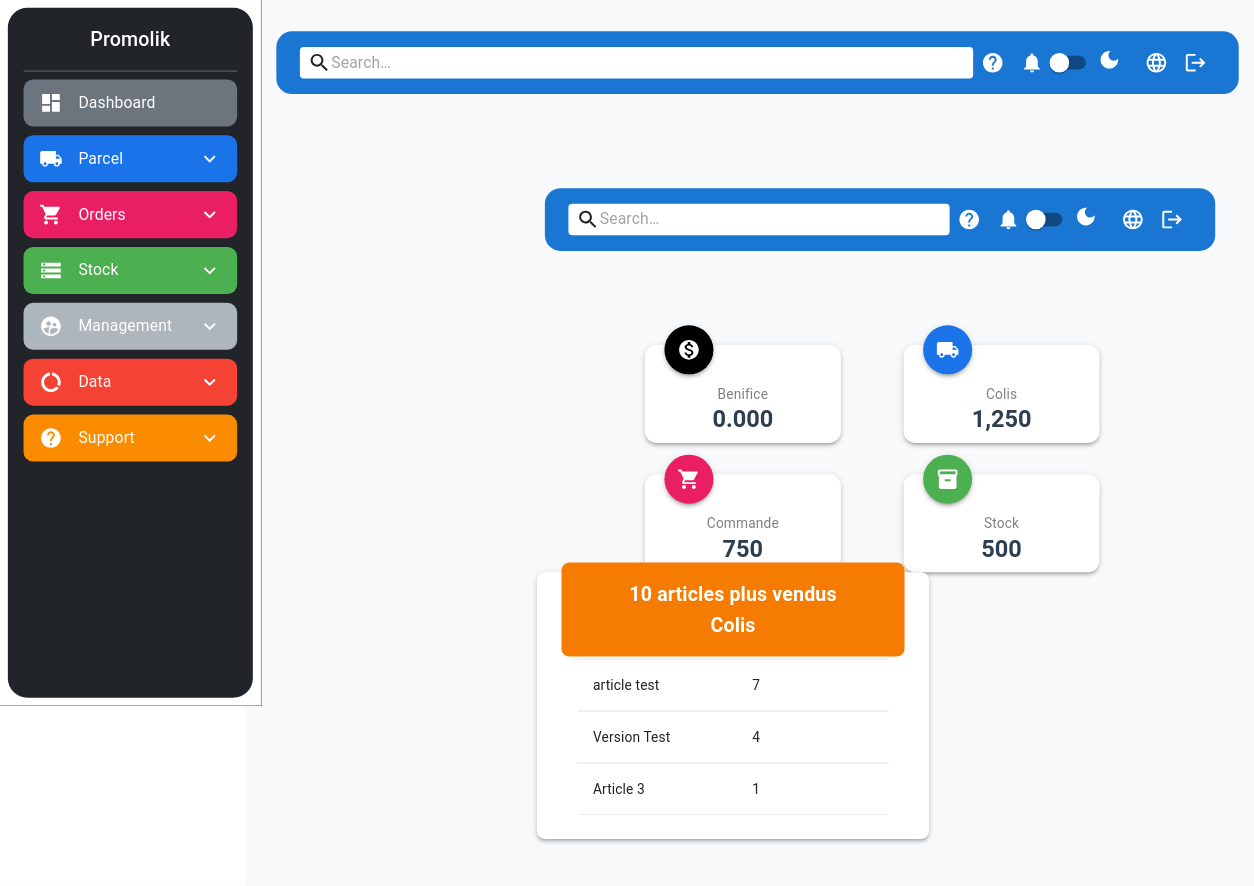
Repository: yosrjdly/stk
Page: /dashboard (app in dashboard/)
An editor plug-in stored every save of this project. The page is shown before and after the next save, followed by the edit.
The browser window is 1280 px wide. The pictures show the whole page, at 98% of full size.
The project was rebuilt for these pictures with package versions that can differ from the ones it lists, and the page was loaded fresh each time. The framework's server and built-in components were replaced by stand-ins that run in the browser. Also part of the build but not shown: dashboard/next.config.ts.

Above is the page before, as saved 2025-02-14 18:25:57.

After the next save:
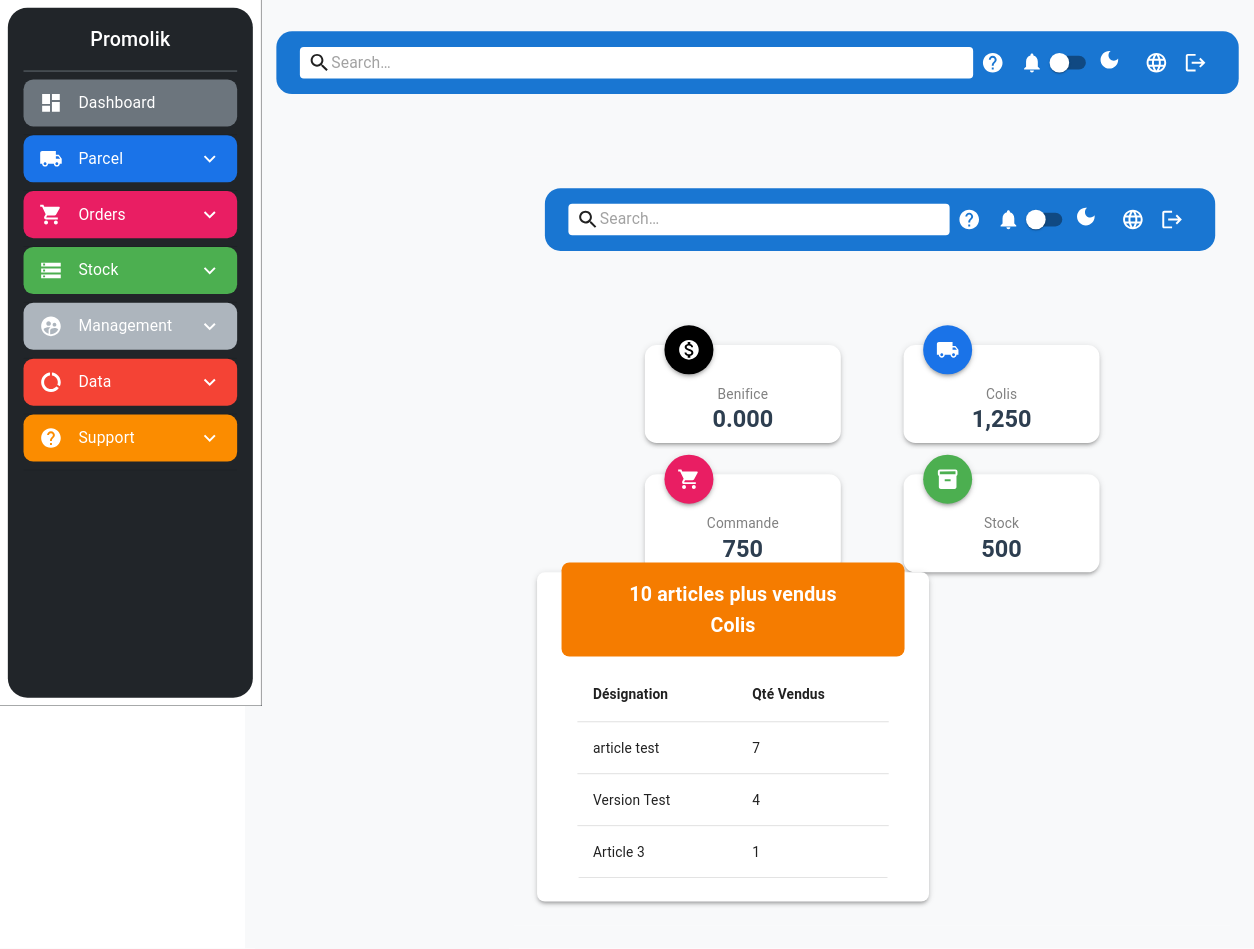
Saved 7 s later.
--- a/dashboard/src/componenets/cards/mediumCard/TopSellingCard.tsx
+++ b/dashboard/src/componenets/cards/mediumCard/TopSellingCard.tsx
@@ -19,7 +19,7 @@ const TopSellingCard = () => {
           Colis
         </Typography>
       </CardContent>
-      <CardContent sx={{ width: 350, marginTop: 2 }}>
+      <CardContent sx={{ width: 350, marginTop: 10 }}>
         <TableContainer component={Paper} elevation={0} sx={{ boxShadow: "none" }}>
           <Table>
             <TableHead>
